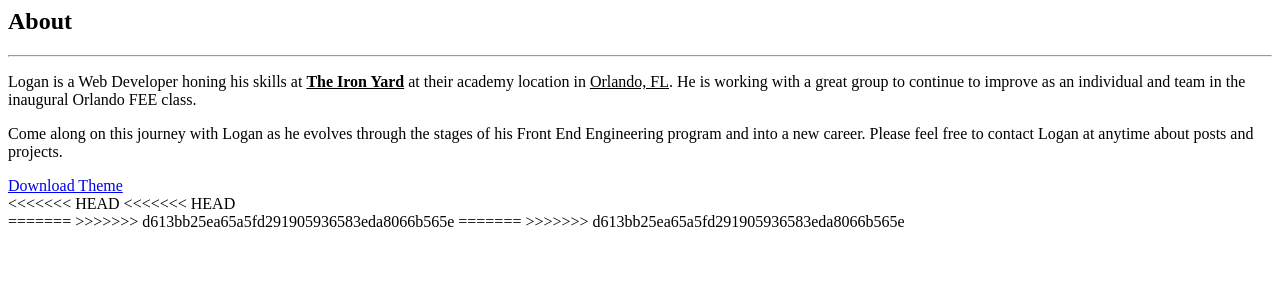
Repository: LoganArnett/LoganArnett.github.io
Page: _includes/about.html
The author's editor kept a record of every edit. The page is drawn from the files as they stood at one moment, then again after the next edit.
The browser window is 1280 px wide. The pictures show the whole page.

Above is the page before.

After the next edit:
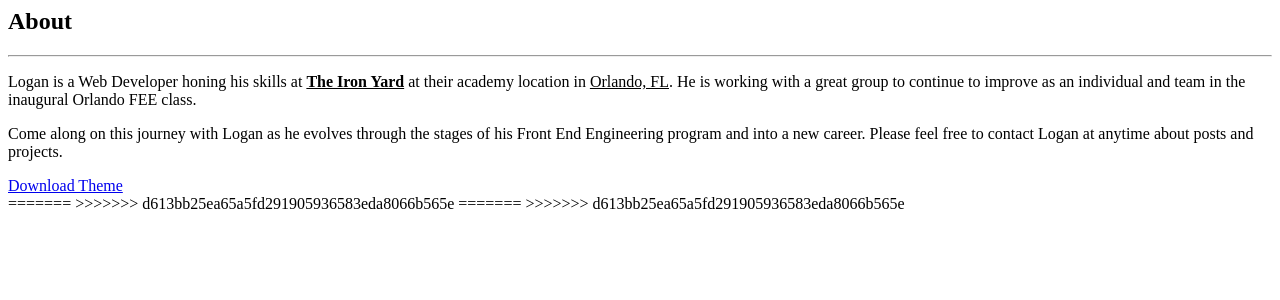
The edit:
--- a/_includes/about.html
+++ b/_includes/about.html
@@ -21,8 +21,6 @@
                 </div>
             </div>
         </div>
-<<<<<<< HEAD
-<<<<<<< HEAD
     </section>
 =======
     </section>
